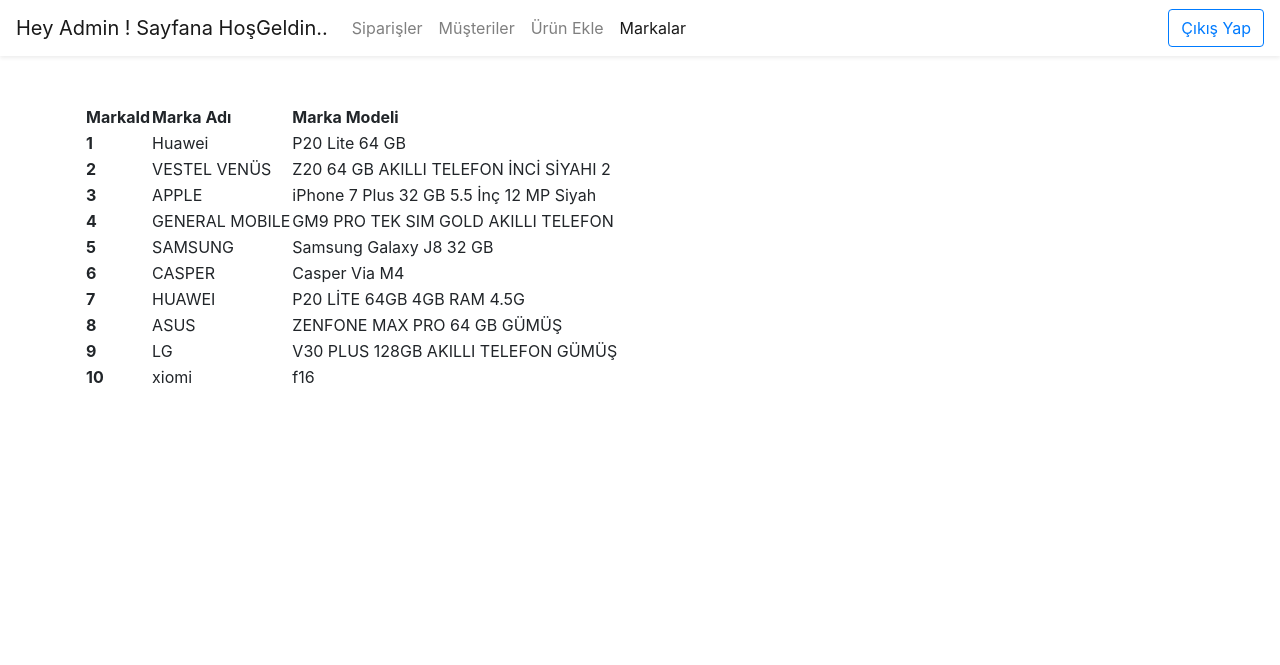
Repository: NergisAktug/E-Commerce-PythonWithFlask-Sqlite3
Page: http://localhost/Markalar
An editor plug-in stored every save of this project. The page is shown before and after the next save, followed by the edit.
The browser window is 1280 px wide. The pictures show the whole page.
Some web libraries are served in a nearby version. The page is served by the project's application, run on Flask 3 (app.py). The page reads the database file committed with the project.

Above is the page before, as saved 2018-12-08 20:42:15.

After the next save:
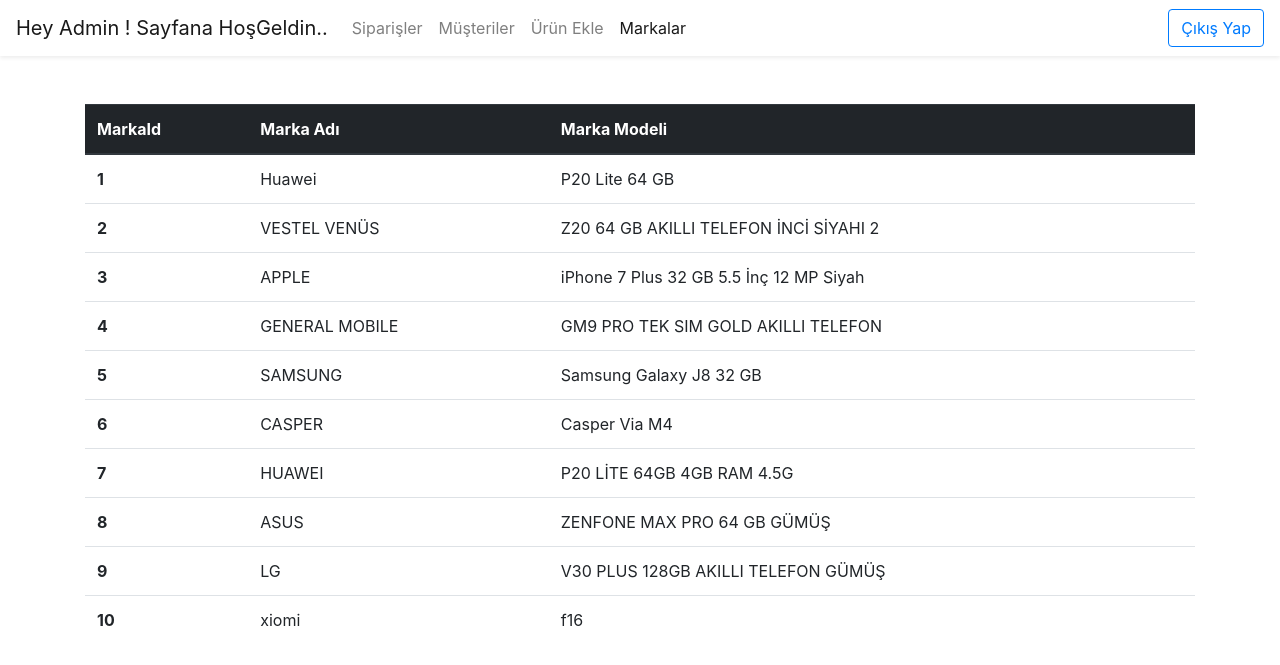
Saved 49 s later.
--- a/templates/marka.html
+++ b/templates/marka.html
@@ -43,8 +43,8 @@
     </nav>
     <div class="container my-5">
 
-   <table class="thead-dark">
-  <thead>
+   <table class="table">
+  <thead class="thead-dark">
     <tr>
       <th scope="col">MarkaId</th>
       <th scope="col">Marka Adı</th>
